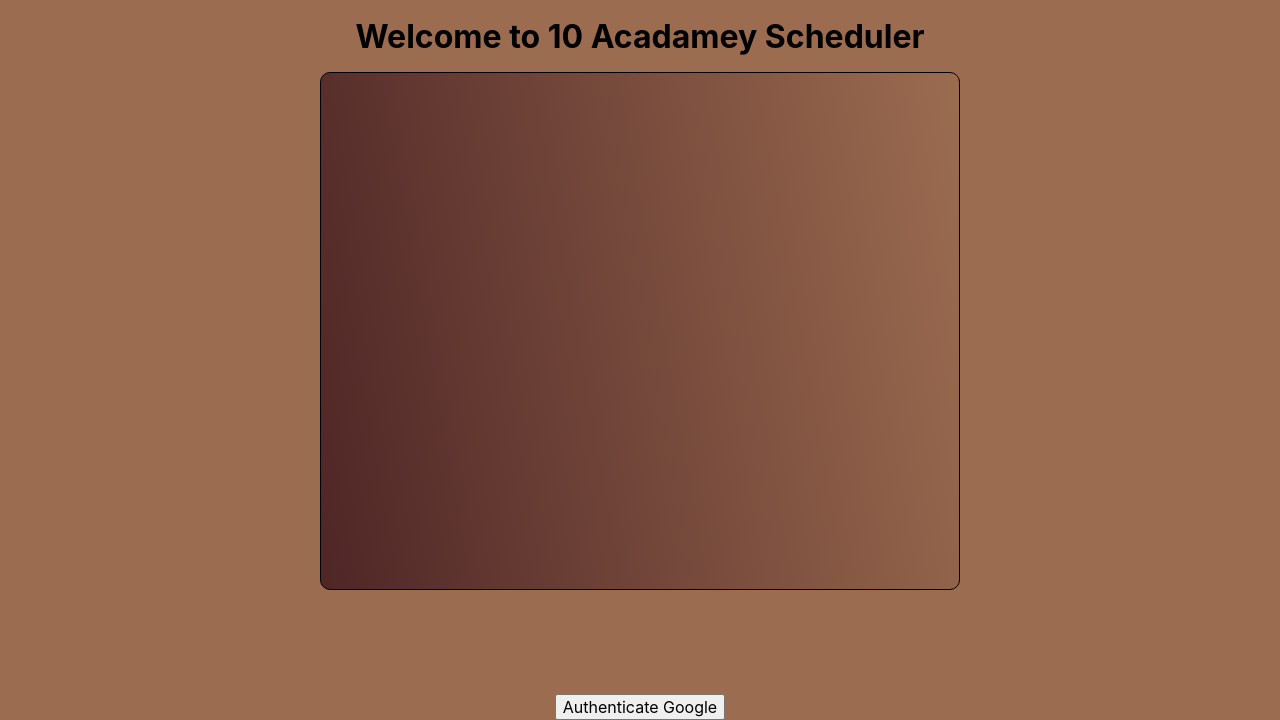
Repository: nebilarega/calendar-extractor
Page: / (app in frontend/)
These files come from the project's save history. The page is drawn as it stood at one moment and after the next save; the edit follows.
The browser window is 1280 px wide. The pictures show the whole page.
The project was rebuilt for these pictures with package versions that can differ from the ones it lists, and the page was loaded fresh each time.

Above is the page before, as saved 2022-08-24 23:32:03.

After the next save:
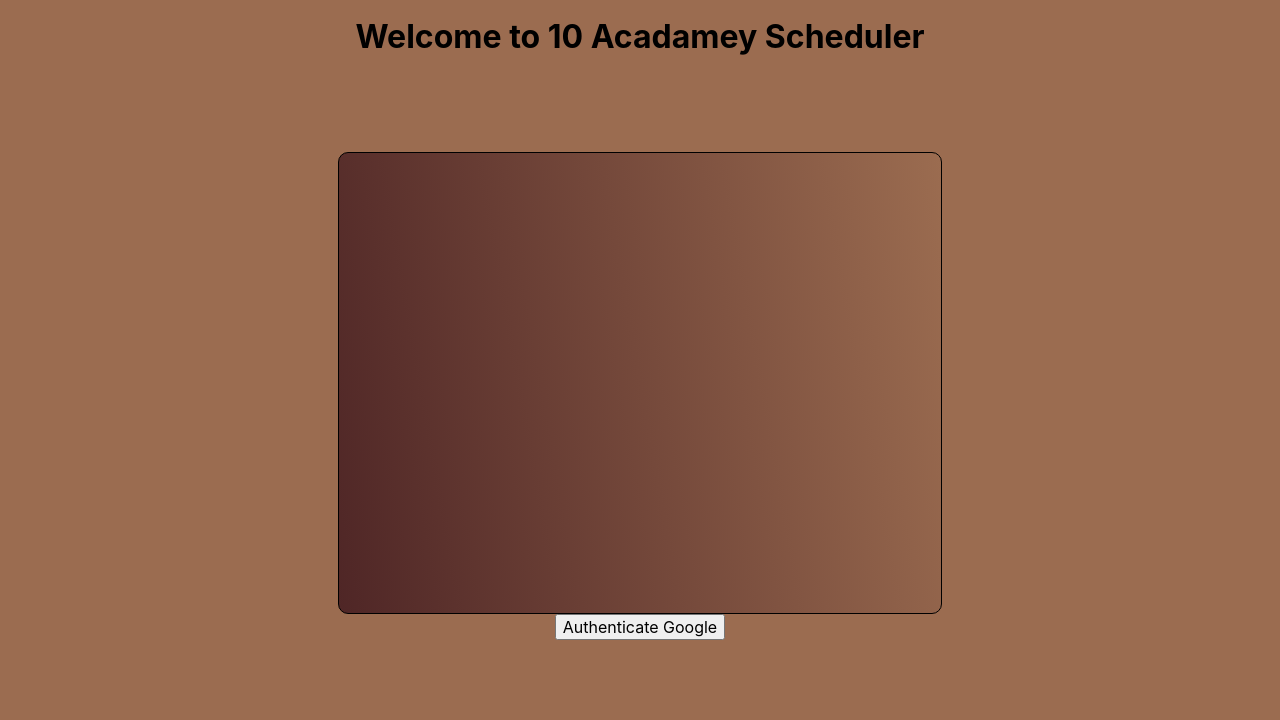
Saved 26 s later.
--- a/frontend/src/css/landing.css
+++ b/frontend/src/css/landing.css
@@ -76,7 +76,8 @@
   background-color: "gray";
   display: flex;
   flex-direction: column;
-  justify-content: space-between;
+  justify-content: center;
+  padding: 2.2rem;
   align-items: center;
 }
 .card {
